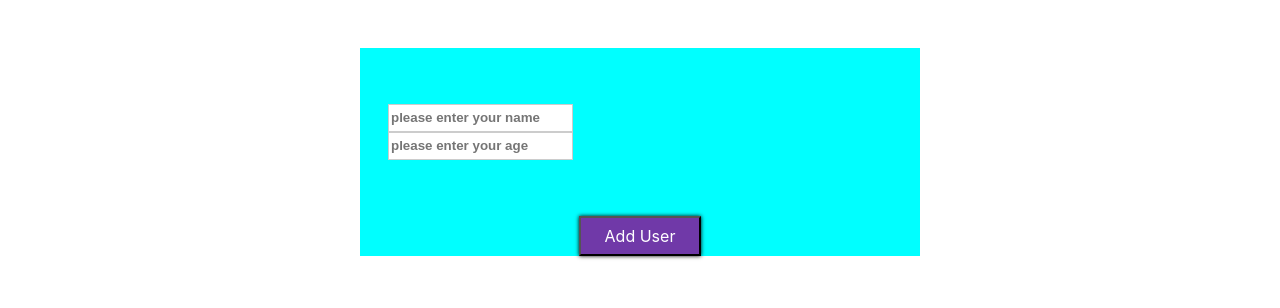
Repository: NamalPathirana/section-eight
Page: /
These files come from the project's save history. The page is drawn as it stood at one moment and after the next save; the edit follows.
The browser window is 1280 px wide. The pictures show the whole page.
The project was rebuilt for these pictures with package versions that can differ from the ones it lists, and the page was loaded fresh each time.

Above is the page before, as saved 2021-11-25 21:50:25.

After the next save:
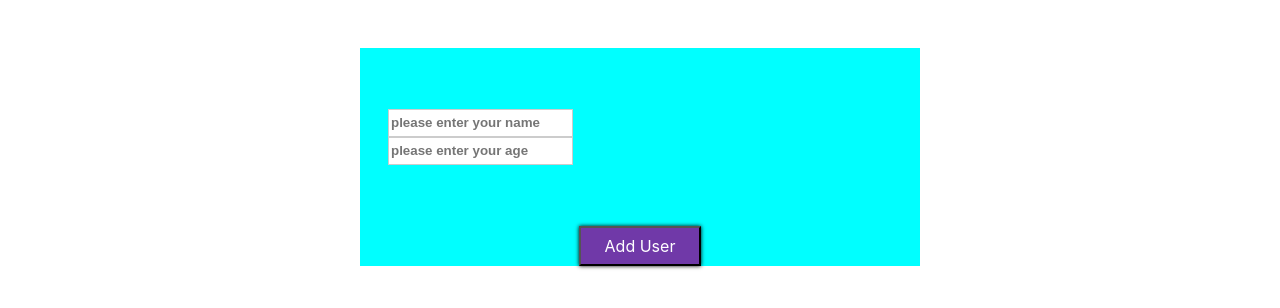
Saved 9 s later.
--- a/src/Components/UserInput/UserInput.module.css
+++ b/src/Components/UserInput/UserInput.module.css
@@ -1,6 +1,6 @@
 .frame{
     margin: 0.5rem 0.5rem;
-    padding: 0.5rem 0.5rem;
+    padding: 0.8rem 0.5rem;
     width: 35rem;
     max-width: 90%;
     margin: 3rem auto;
